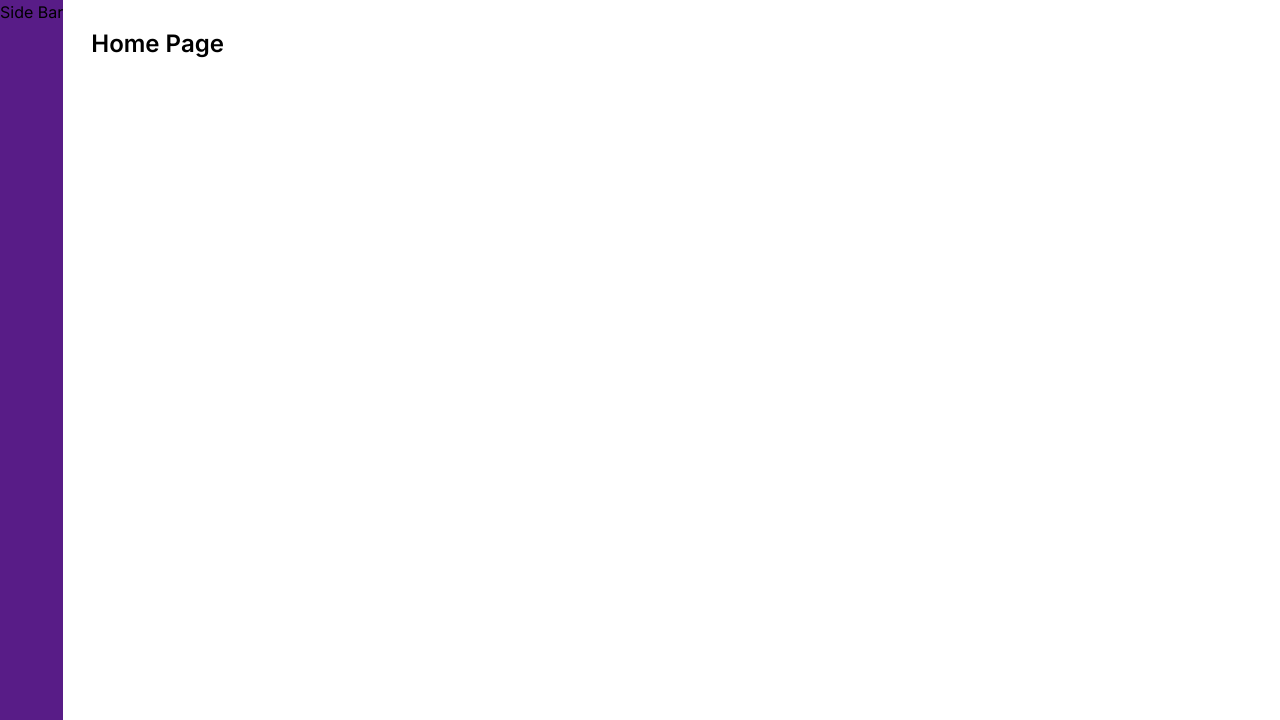
Repository: marcusdashe/anthophila
Page: /dashboard
An editor plug-in stored every save of this project. The page is shown before and after the next save, followed by the edit.
The browser window is 1280 px wide. The pictures show the whole page.
The project was rebuilt for these pictures with package versions that can differ from the ones it lists, and the page was loaded fresh each time. The framework's server and built-in components were replaced by stand-ins that run in the browser. Also part of the build but not shown: next.config.js.

Above is the page before, as saved 2023-04-05 14:04:34.

After the next save:
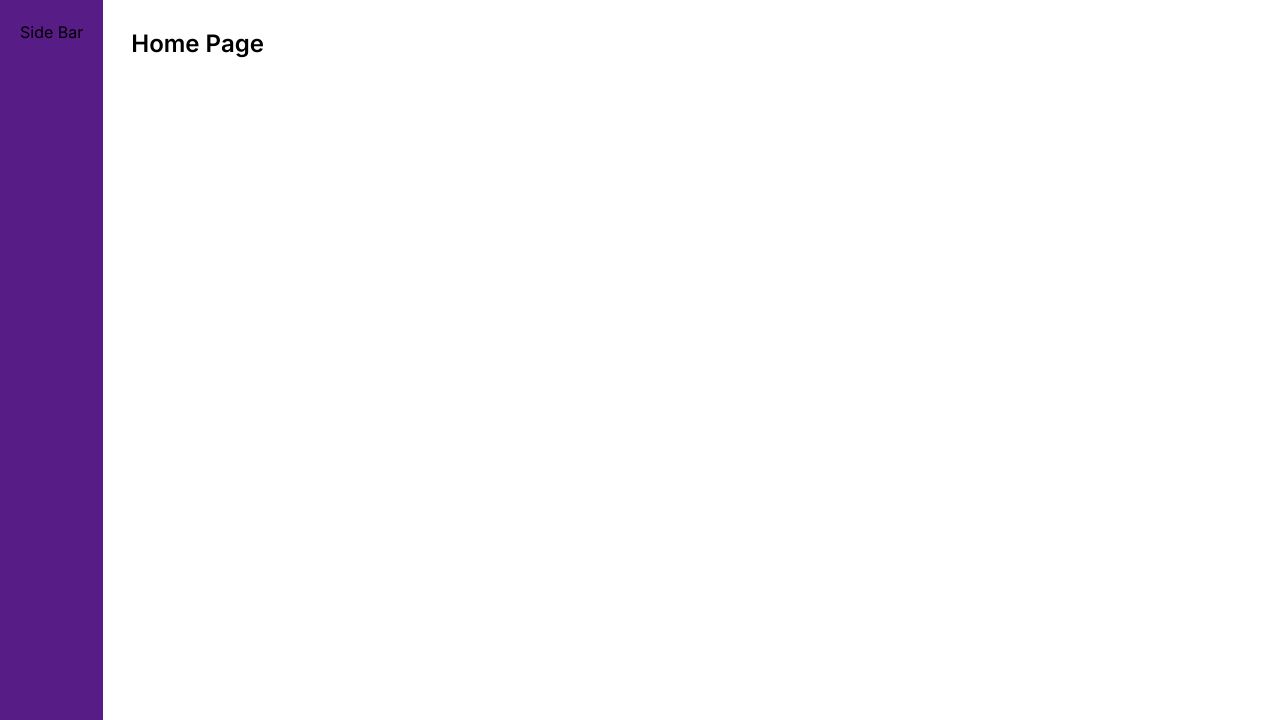
Saved 24 s later.
--- a/pages/dashboard.js
+++ b/pages/dashboard.js
@@ -3,7 +3,7 @@ import React from "react";
 const Dashboard = () => {
   return (
     <div className="flex">
-      <div className="bg-purple-900 h-screen">Side Bar</div>
+      <div className="bg-purple-900 h-screen p-5">Side Bar</div>
 
       <div className="p-7">
         <h1 className="text-2xl font-semibold"> Home Page</h1>
